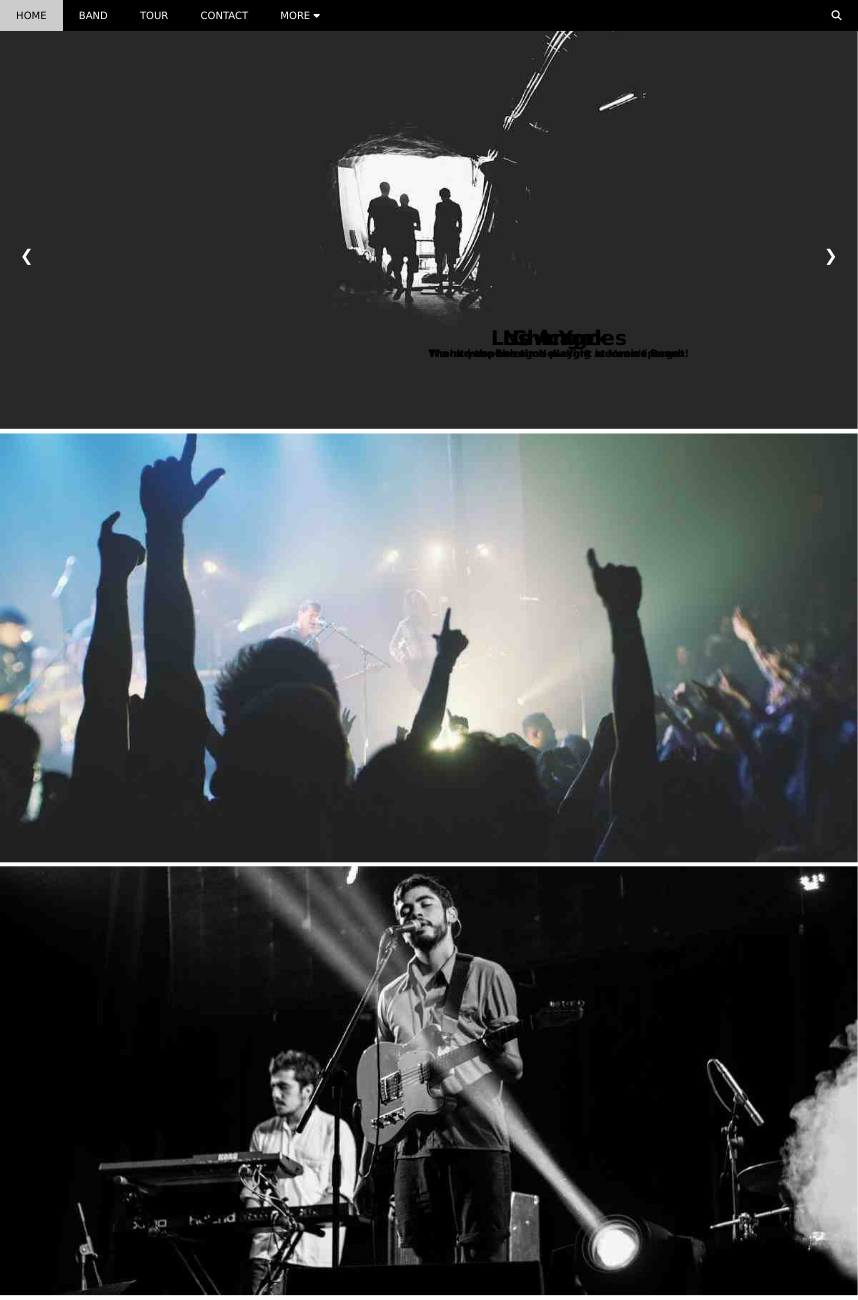
Repository: tam1512/The-Band
Page: index.html
The author's editor kept a copy of each file at every save. The page is drawn from the files as they stood at one save, then again after the next save.
The browser window is 1280 px wide. The pictures show the whole page, at 67% of full size.
Some web libraries are served in a nearby version.

Above is the page before, as saved 2022-07-22 15:40:21.

After the next save:
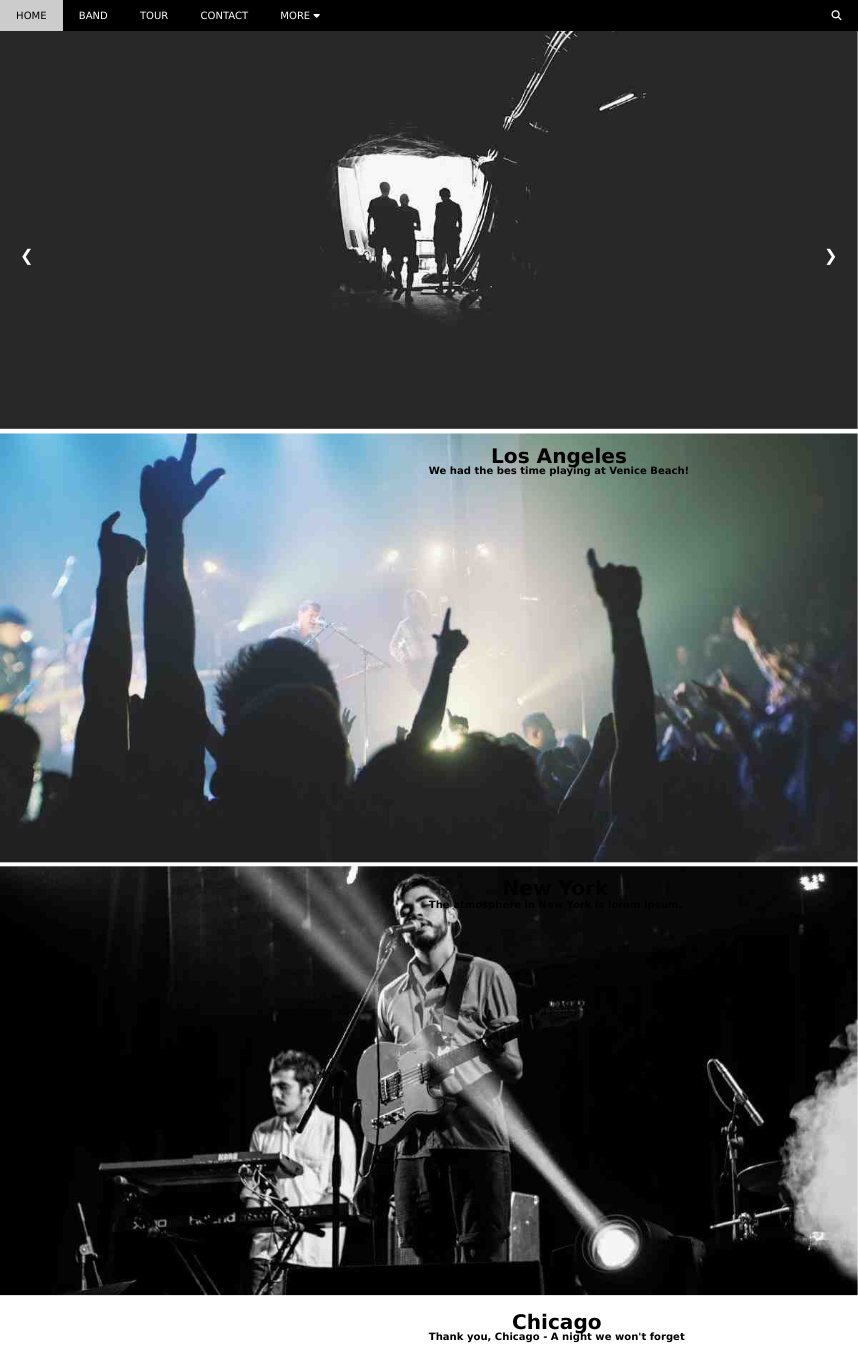
Saved 3 min 51 s later.
--- a/assets/css/style.css
+++ b/assets/css/style.css
@@ -145,6 +145,6 @@ li.dropdown {
 .text {
   position: absolute;
   left: 50%;
-  bottom: 20%;
+  transform: translate(0, 50%);
   text-align: center;
 }
